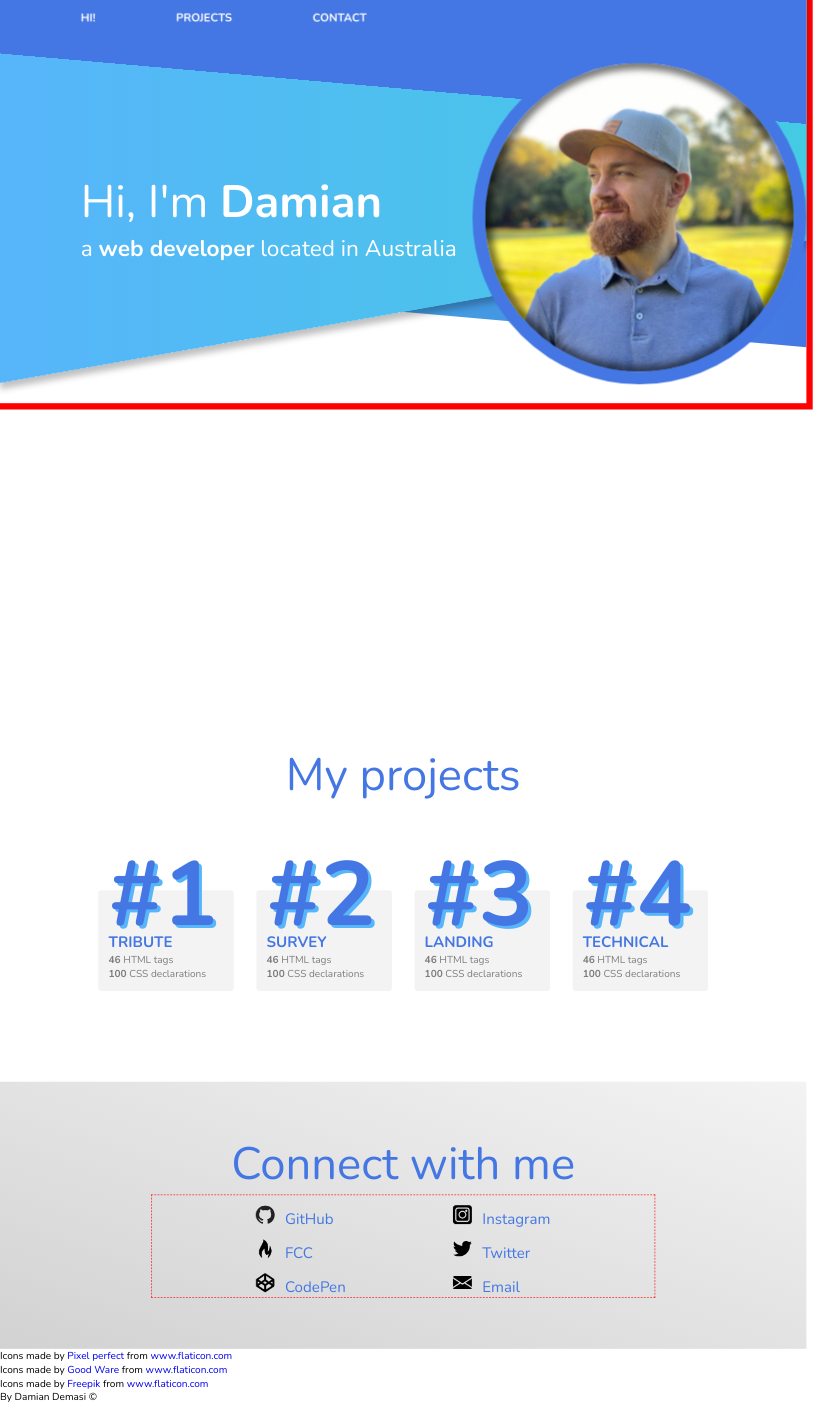
Repository: Colo-Codes/freecodecamp-05-Personal-Portfolio-Webpage
Page: index.html
These files come from the project's save history. The page is drawn as it stood at one moment and after the next save; the edit follows.
The browser window is 1280 px wide. The page is 1320 px wide, so the pictures cover 1320 px, including what lies to the right of the window. The pictures show the whole page, at 63% of full size.

Above is the page before, as saved 2021-06-04 06:31:36.

After the next save:
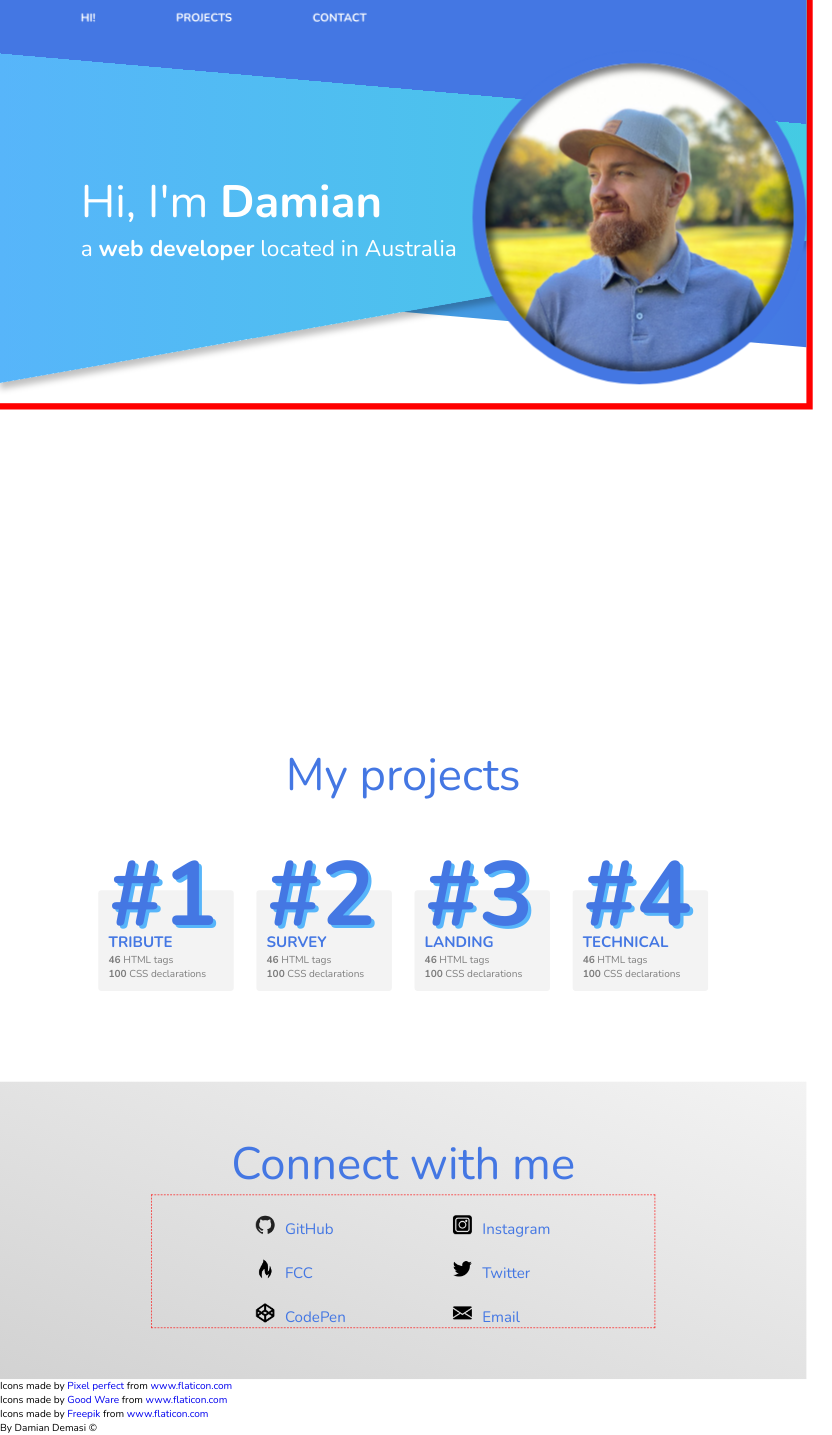
Saved 13 s later.
--- a/css/index.css
+++ b/css/index.css
@@ -279,5 +279,5 @@ a:link {
 }
 
 .contact-networks-col img {
-    margin: 1rem 1rem 0 0;
-}
+    margin: 2rem 1rem 0 0;
+}
